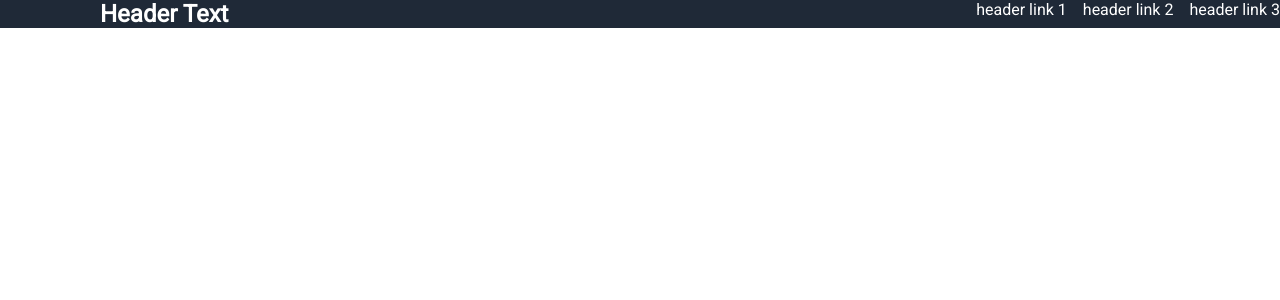
Repository: aaronestre/odin-landingpage
Page: index.html
These files come from the project's save history. The page is drawn as it stood at one moment and after the next save; the edit follows.
The browser window is 1280 px wide. The pictures show the whole page.

Above is the page before, as saved 2025-02-12 19:50:24.

After the next save:
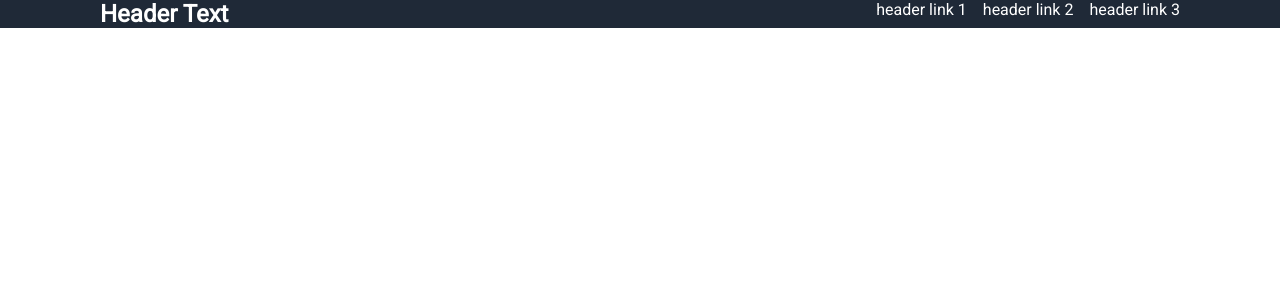
Saved 16 s later.
--- a/index.css
+++ b/index.css
@@ -20,6 +20,7 @@
 }
 
 .header-right {
+    margin-right: 100px;
     display: flex;
     justify-content: flex-end;
     gap: 16px;
